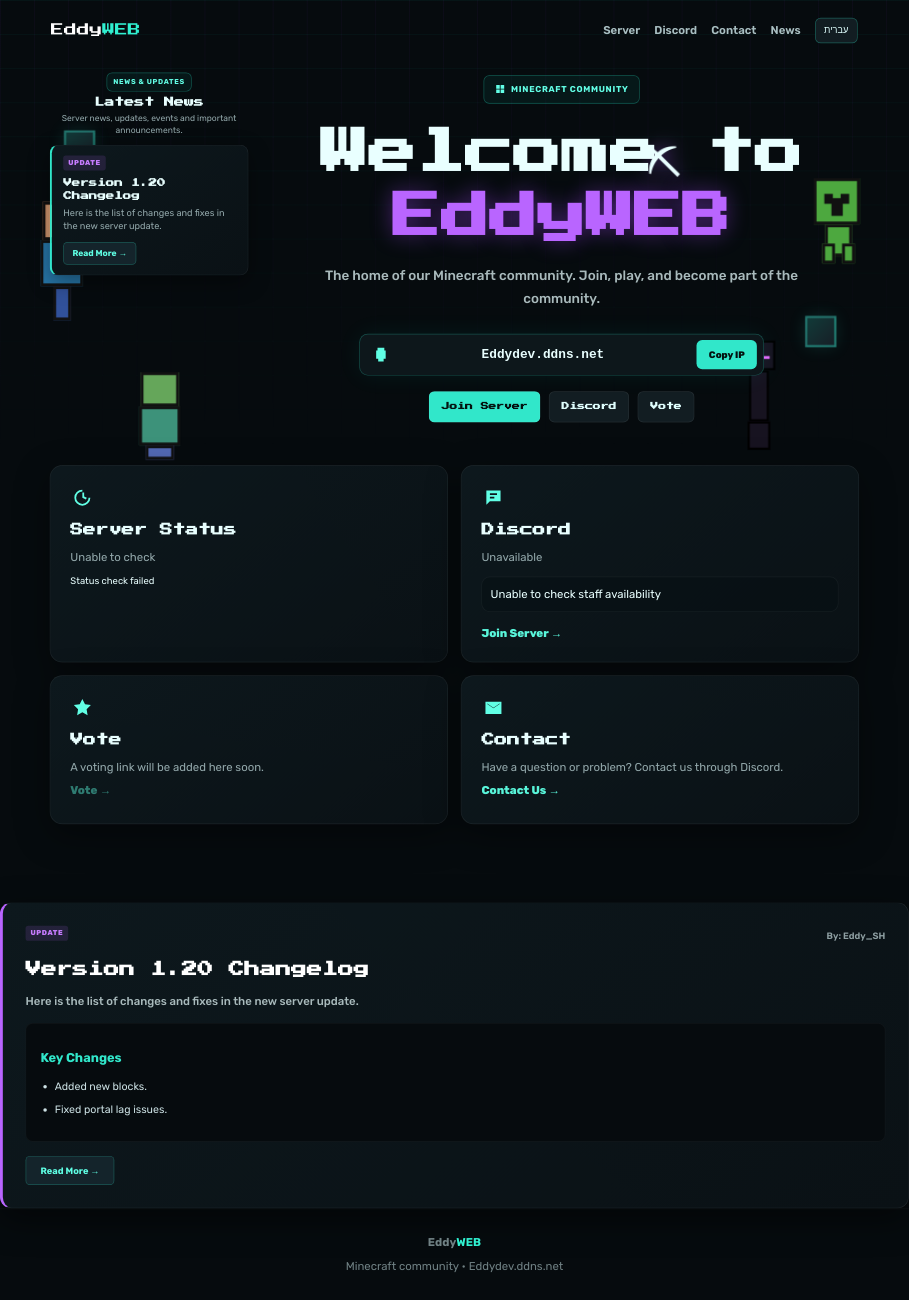
Repository: eddush/EddyWEB
Page: index.html
These files come from the project's save history. The page is drawn as it stood at one moment and after the next save; the edit follows.
The browser window is 1280 px wide. The pictures show the whole page, at 71% of full size.
The page's requests for data from a server got no answer.

Above is the page before, as saved 2026-09-20 17:35:38.

After the next save:
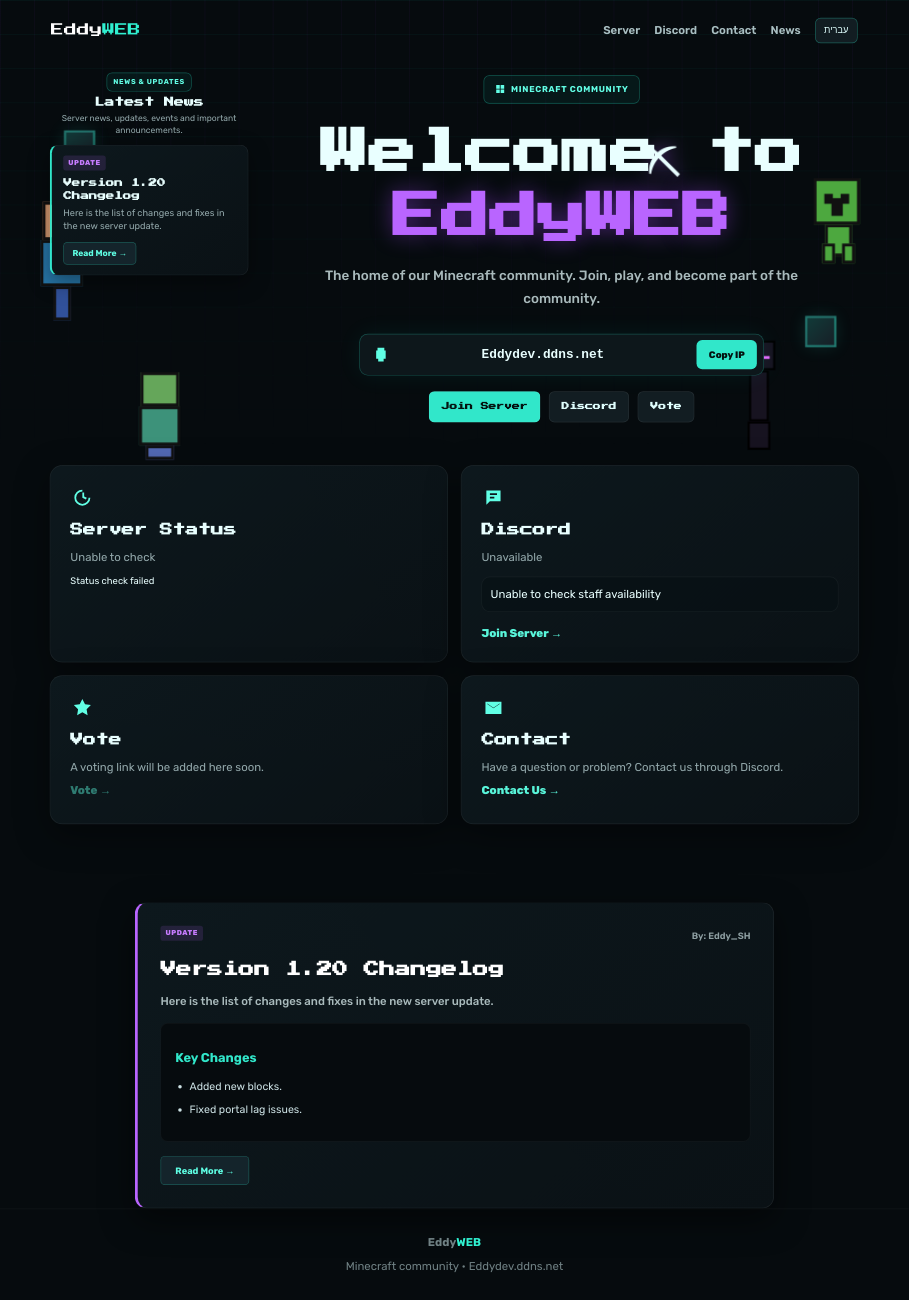
Saved 37 s later.
--- a/style.css
+++ b/style.css
@@ -989,13 +989,20 @@
 /* ===================================================
    Large News Section
    =================================================== */
-.large-news-section {
-  position: relative;
-  z-index: 2;
-  width: 70%;
+.large-news-card {
+  width: 100%;
   max-width: 900px;
-  margin: 70px auto 90px;
-  padding: 0 20px;
+  /* <--- הגדרת רוחב מקסימלי לכרטיס הבודד */
+  margin: 0 auto;
+  /* ממרכז את הכרטיס */
+  background: linear-gradient(145deg, #0d181d, #0a1115);
+  border: 1px solid #ffffff14;
+  border-right: 4px solid #b965ff;
+  border-radius: 16px;
+  padding: 32px;
+  box-shadow: 0 15px 45px rgba(0, 0, 0, 0.5);
+  color: #e9ffff;
+  transition: transform 0.25s ease, border-color 0.25s ease;
 }
 
 .large-news-heading {
